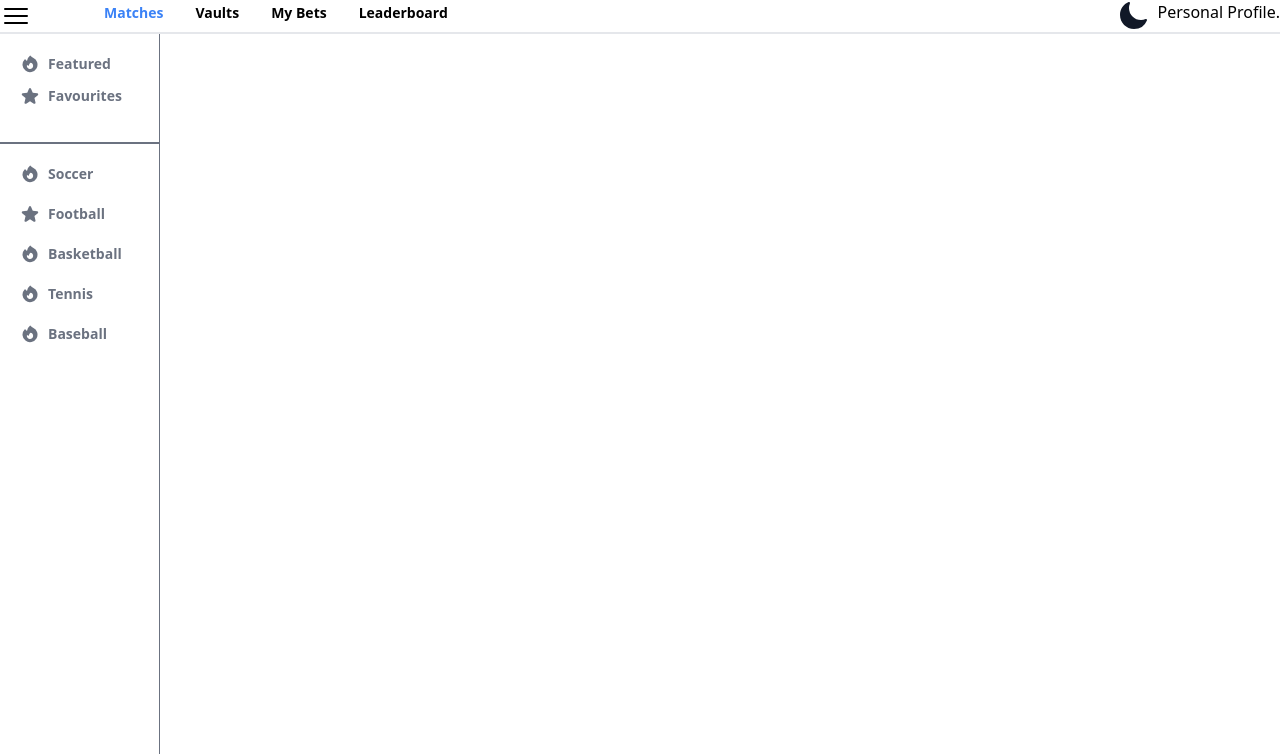
Repository: thekingisherenow/Betterbook
Page: /
These files come from the project's save history. The page is drawn as it stood at one moment and after the next save; the edit follows.
The browser window is 1280 px wide. The pictures show the whole page.
The project was rebuilt for these pictures with package versions that can differ from the ones it lists, and the page was loaded fresh each time. The framework's server and built-in components were replaced by stand-ins that run in the browser. Also part of the build but not shown: next.config.js.

Above is the page before, as saved 2023-01-17 00:46:28.

After the next save:
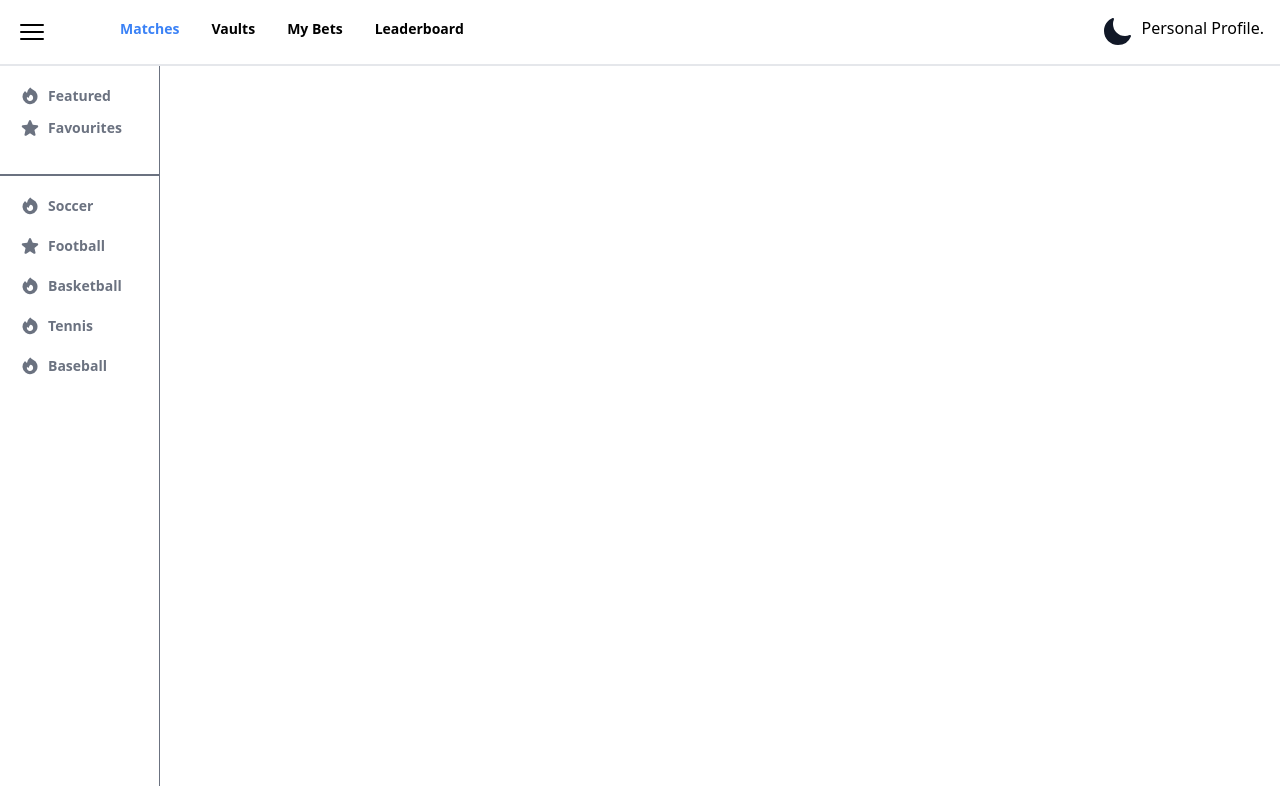
Saved 6 s later.
--- a/src/components/Typography/Header.tsx
+++ b/src/components/Typography/Header.tsx
@@ -6,7 +6,7 @@ import DarkModeButton from './DarkModeButton'
 function Header() {
   return (
     <header >
-      <div className='flex text-center   border-b-2 '>
+      <div className='p-4 flex text-center   border-b-2 '>
 
         <Bars3Icon className='h-8 w-8  cursor-pointer'/>
         <div className='ml-10'>
